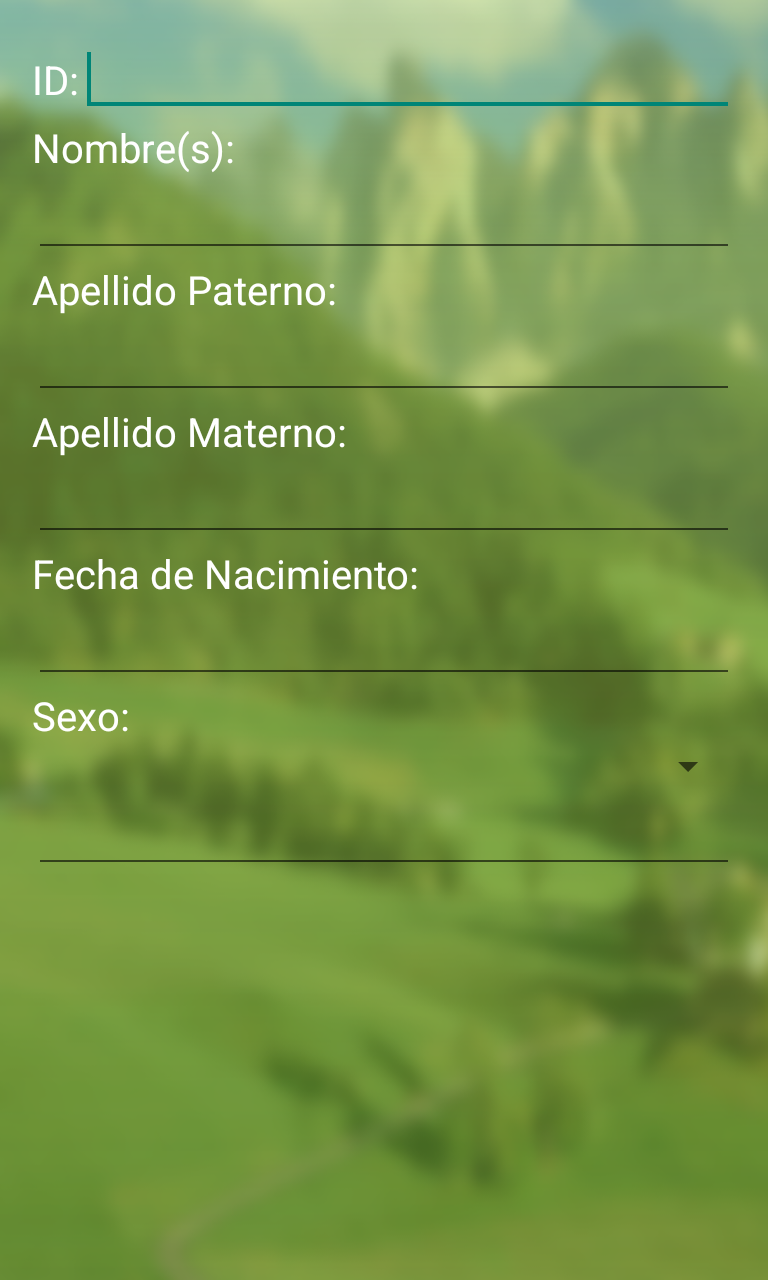
Repository: AntonioloNeviani/ProyectoDeInvestigacion_Android
Layout: FiliiStude/res/layout/activity_nuevo_usuario.xml
These files come from the project's save history. The layout is drawn as it stood at one moment and after the next save; the edit follows.
It is drawn on a 768 x 1280 px phone screen (xhdpi) without system bars, with theme AppTheme; the app's code is not run.

Above is the layout before, as saved 2015-05-26 08:59:10.

### FiliiStude/res/layout/activity_nuevo_usuario.xml
<RelativeLayout xmlns:android="http://schemas.android.com/apk/res/android"
    xmlns:tools="http://schemas.android.com/tools"
    android:layout_width="match_parent"
    android:layout_height="match_parent"
    android:background="@drawable/fondo4"
    android:paddingBottom="@dimen/activity_vertical_margin"
    android:paddingLeft="@dimen/activity_horizontal_margin"
    android:paddingRight="@dimen/activity_horizontal_margin"
    android:paddingTop="@dimen/activity_vertical_margin"
    tools:context="com.filii.filiistude.NuevoUsuario" >

    <LinearLayout
        android:layout_width="wrap_content"
        android:layout_height="wrap_content"
        android:layout_alignParentLeft="true"
        android:layout_alignParentRight="true"
        android:orientation="vertical" >

        <LinearLayout
            android:layout_width="match_parent"
            android:layout_height="wrap_content" >

            <TextView
                android:id="@+id/textView2"
                android:layout_width="wrap_content"
                android:layout_height="wrap_content"
                android:text="ID:"
                android:textColor="#FFFFFF"
                android:textSize="20sp" />

            <EditText
                android:id="@+id/editText1"
                android:layout_width="wrap_content"
                android:layout_height="wrap_content"
                android:layout_weight="1"
                android:inputType="number"
                android:textColor="#FFFFFF"
                android:textSize="20sp" >

                <requestFocus />
            </EditText>
        </LinearLayout>

        <TextView
            android:id="@+id/textView1"
            android:layout_width="wrap_content"
            android:layout_height="wrap_content"
            android:text="Nombre(s): "
            android:textColor="#FFFFFF"
            android:textSize="20sp" />

        <EditText
            android:id="@+id/editText2"
            android:layout_width="match_parent"
            android:layout_height="wrap_content"
            android:ems="10"
            android:inputType="textPersonName"
            android:textColor="#FFFFFF"
            android:textSize="20sp" />

        <TextView
            android:id="@+id/textView3"
            android:layout_width="wrap_content"
            android:layout_height="wrap_content"
            android:text="Apellido Paterno: "
            android:textColor="#FFFFFF"
            android:textSize="20sp" />

        <EditText
            android:id="@+id/editText3"
            android:layout_width="match_parent"
            android:layout_height="wrap_content"
            android:ems="10"
            android:inputType="textPersonName"
            android:textColor="#FFFFFF"
            android:textSize="20sp" />

        <TextView
            android:id="@+id/textView4"
            android:layout_width="wrap_content"
            android:layout_height="wrap_content"
            android:text="Apellido Materno: "
            android:textColor="#FFFFFF"
            android:textSize="20sp" />

        <EditText
            android:id="@+id/editText4"
            android:layout_width="match_parent"
            android:layout_height="wrap_content"
            android:ems="10"
            android:inputType="textPersonName"
            android:textColor="#FFFFFF"
            android:textSize="20sp" />

        <TextView
            android:id="@+id/textView5"
            android:layout_width="wrap_content"
            android:layout_height="wrap_content"
            android:text="Fecha de Nacimiento: "
            android:textColor="#FFFFFF"
            android:textSize="20sp" />

        <EditText
            android:id="@+id/editText5"
            android:layout_width="match_parent"
            android:layout_height="wrap_content"
            android:ems="10"
            android:inputType="date"
            android:textColor="#FFFFFF"
            android:textSize="20sp" />

        <TextView
            android:id="@+id/textView6"
            android:layout_width="wrap_content"
            android:layout_height="wrap_content"
            android:text="Sexo: "
            android:textColor="#FFFFFF"
            android:textSize="20sp" />

        <Spinner
            android:id="@+id/sexo"
            android:layout_width="match_parent"
            android:layout_height="wrap_content"
            android:textColor="#FFFFFF"
            android:textSize="20sp" />

        <EditText
            android:id="@+id/editText6"
            android:layout_width="match_parent"
            android:layout_height="wrap_content"
            android:ems="10"
            android:inputType="textPersonName"
            android:textColor="#FFFFFF"
            android:textSize="20sp" />
    </LinearLayout>

</RelativeLayout>

Loaded but not shown: FiliiStude/res/values/styles.xml (common file); FiliiStude/res/values-v11/styles.xml (common file); FiliiStude/res/values-v14/styles.xml (common file); FiliiStude/res/values/dimens.xml (common file); FiliiStude/res/values-w820dp/dimens.xml (common file)

After the next save:
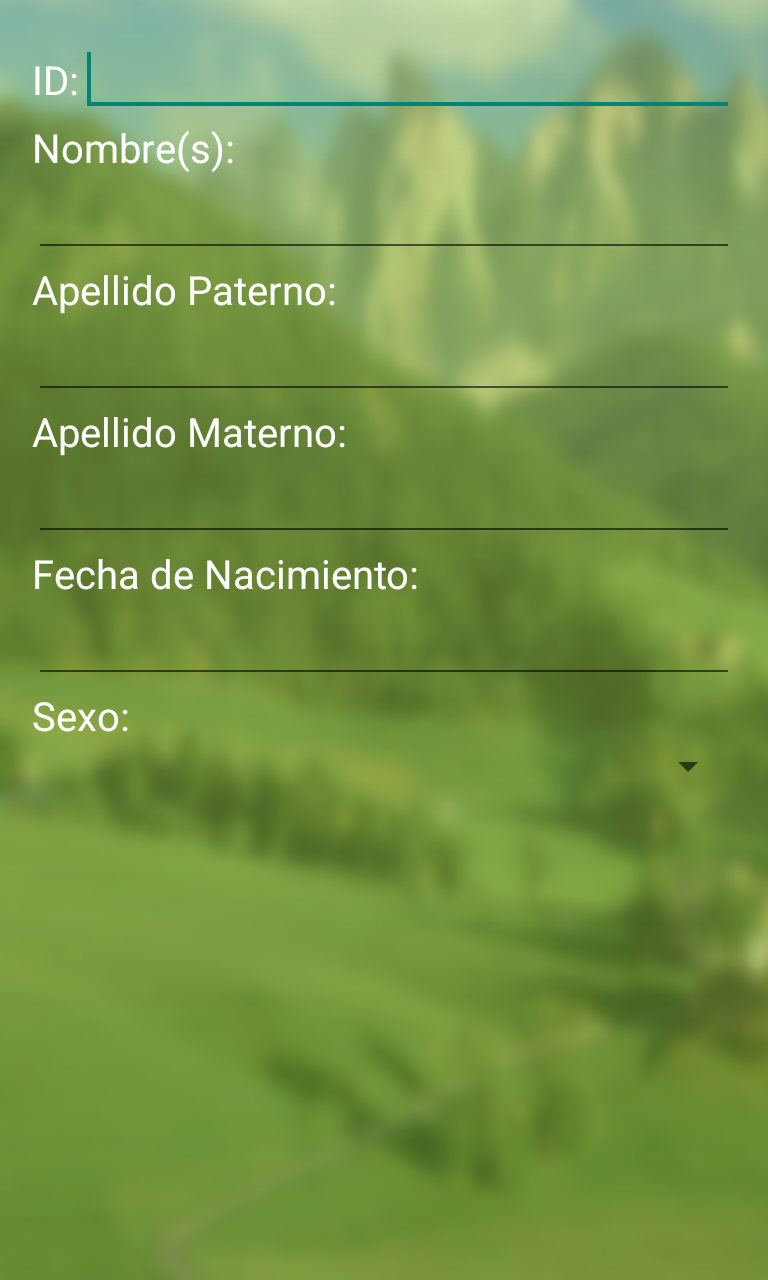
Saved 3 min 26 s later.
--- a/FiliiStude/res/layout/activity_nuevo_usuario.xml
+++ b/FiliiStude/res/layout/activity_nuevo_usuario.xml
@@ -123,15 +123,6 @@
             android:layout_height="wrap_content"
             android:textColor="#FFFFFF"
             android:textSize="20sp" />
-
-        <EditText
-            android:id="@+id/editText6"
-            android:layout_width="match_parent"
-            android:layout_height="wrap_content"
-            android:ems="10"
-            android:inputType="textPersonName"
-            android:textColor="#FFFFFF"
-            android:textSize="20sp" />
     </LinearLayout>
 
 </RelativeLayout>
